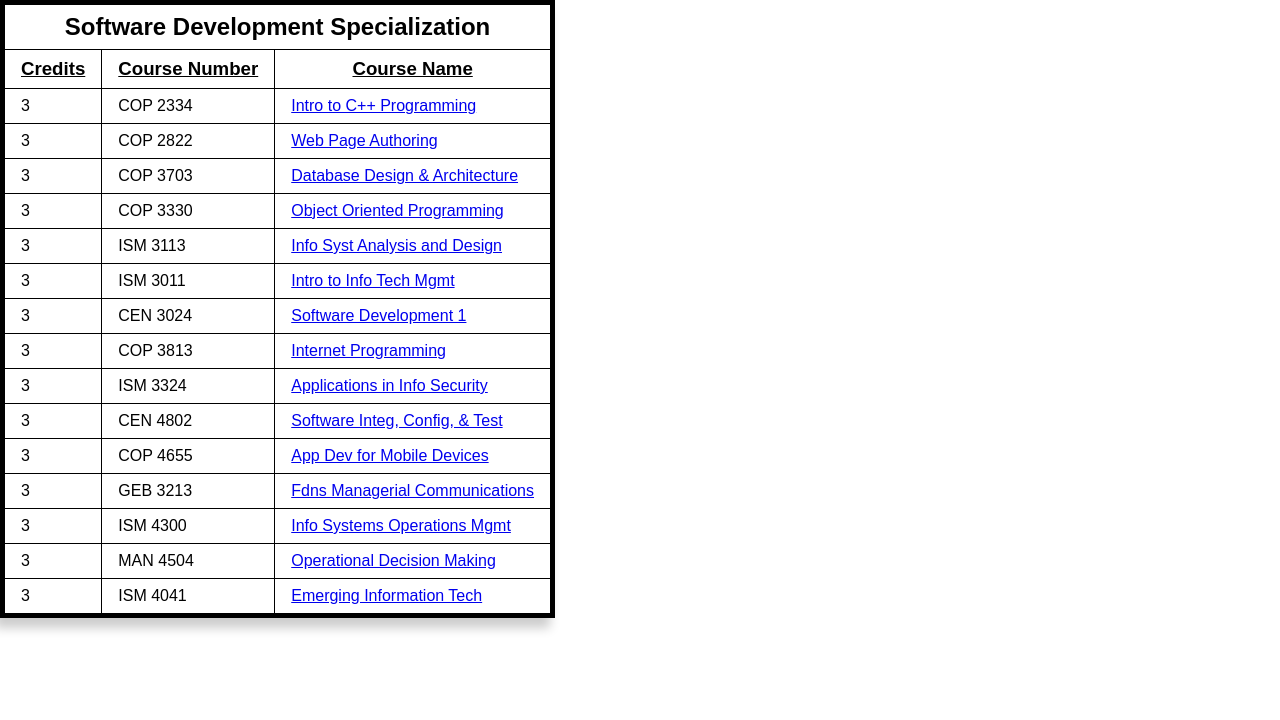
Repository: mlmEFSC21/P5-DegreeTableStyling
Page: FormattedProgramSpecialization2.html
These files come from the project's save history. The page is drawn as it stood at one moment and after the next save; the edit follows.
The browser window is 1280 px wide. The pictures show the whole page.
Some web fonts or font styles are not loaded; a fallback is used.

Above is the page before, as saved 2022-02-07 16:28:16.

### FormattedProgramSpecialization2.html
<!DOCTYPE html>
<html lang="en">
    <head>
        <meta charset="UTF-8" />
        <meta http-equiv="X-UA-Compatible" content="IE=edge" />
        <meta name="viewport" content="width=device-width, initial-scale=1.0" />
        <link rel="preconnect" href="https://fonts.googleapis.com" />
        <link rel="preconnect" href="https://fonts.gstatic.com" crossorigin />
        <link
            href="https://fonts.googleapis.com/css2?family=Spectral:wght@300&display=swap"
            rel="stylesheet"
        />
        <style>
            *,
            *::before,
            *::after {
                margin: 0;
                padding: 0;
                box-sizing: border-box;
            }
            body {
                font-family: Spectral, sans-serif;
                height: 100vh;
            }
            table {
                border-collapse: collapse;
                box-shadow: -5px 10px 10px rgba(0, 0, 0, 0.2);
                border: 5px solid black;
                padding: 0.25rem;
            }
            /* centered text of first to rows (table header) */
            thead {
                text-align: center;
            }
            /* used two classes to change the sizes, decorations, etc. */
            .tableTitle {
                font-size: 18pt;
                font-weight: bold;
                text-align: center;
            }
            .colTitles {
                font-size: 14pt;
                text-decoration: underline;
            }
            th {
                border: 1px solid black;
                padding: 0.5rem 1rem;
            }
            /* added the font size and text alignment for the row data here */
            td {
                border: 1px solid black;
                padding: 0.5rem 1rem;
                font-size: 12pt;
                text-align: left;
            }
        </style>
        <title>Degree Specialization Table</title>
    </head>
    <body>
        <table>
            <thead>
                <tr class="tableTitle">
                    <th colspan="3">Software Development Specialization</th>
                </tr>
                <tr class="colTitles">
                    <th>Credits</th>
                    <th>Course Number</th>
                    <th>Course Name</th>
                </tr>
            </thead>
            <tbody>
                <tr>
                    <td>3</td>
                    <td>COP 2334</td>
                    <td>
                        <a
                            href="https://bannerweb.easternflorida.edu/prod/bwckctlg.p_disp_course_detail?cat_term_in=202210&subj_code_in=COP&crse_numb_in=2334"
                            >Intro to C++ Programming</a
                        >
                    </td>
                </tr>
                <tr>
                    <td>3</td>
                    <td>COP 2822</td>
                    <td>
                        <a
                            href="https://bannerweb.easternflorida.edu/prod/bwckctlg.p_disp_course_detail?cat_term_in=202210&subj_code_in=COP&crse_numb_in=2822"
                            >Web Page Authoring</a
                        >
                    </td>
                </tr>
                <tr>
                    <td>3</td>
                    <td>COP 3703</td>
                    <td>
                        <a
                            href="https://bannerweb.easternflorida.edu/prod/bwckctlg.p_disp_course_detail?cat_term_in=202210&subj_code_in=COP&crse_numb_in=3703"
                            >Database Design & Architecture</a
                        >
                    </td>
                </tr>
                <tr>
                    <td>3</td>
                    <td>COP 3330</td>
                    <td>
                        <a
                            href="https://bannerweb.easternflorida.edu/prod/bwckctlg.p_disp_course_detail?cat_term_in=202210&subj_code_in=COP&crse_numb_in=3330"
                            >Object Oriented Programming</a
                        >
                    </td>
                </tr>
                <tr>
                    <td>3</td>
                    <td>ISM 3113</td>
                    <td>
                        <a
                            href="https://bannerweb.easternflorida.edu/prod/bwckctlg.p_disp_course_detail?cat_term_in=202210&subj_code_in=ISM&crse_numb_in=3113"
                            >Info Syst Analysis and Design</a
                        >
                    </td>
                </tr>
                <tr>
                    <td>3</td>
                    <td>ISM 3011</td>
                    <td>
                        <a
                            href="https://bannerweb.easternflorida.edu/prod/bwckctlg.p_disp_course_detail?cat_term_in=202210&subj_code_in=ISM&crse_numb_in=3011"
                            >Intro to Info Tech Mgmt</a
                        >
                    </td>
                </tr>
                <tr>
                    <td>3</td>
                    <td>CEN 3024</td>
                    <td>
                        <a
                            href="https://bannerweb.easternflorida.edu/prod/bwckctlg.p_disp_course_detail?cat_term_in=202210&subj_code_in=CEN&crse_numb_in=3024"
                            >Software Development 1</a
                        >
                    </td>
                </tr>
                <tr>
                    <td>3</td>
                    <td>COP 3813</td>
                    <td>
                        <a
                            href="https://bannerweb.easternflorida.edu/prod/bwckctlg.p_disp_course_detail?cat_term_in=202210&subj_code_in=COP&crse_numb_in=3813"
                            >Internet Programming</a
                        >
                    </td>
                </tr>
                <tr>
                    <td>3</td>
                    <td>ISM 3324</td>
                    <td>
                        <a
                            href="https://bannerweb.easternflorida.edu/prod/bwckctlg.p_disp_course_detail?cat_term_in=202210&subj_code_in=ISM&crse_numb_in=3324"
                            >Applications in Info Security</a
                        >
                    </td>
                </tr>
                <tr>
                    <td>3</td>
                    <td>CEN 4802</td>
                    <td>
                        <a
                            href="https://bannerweb.easternflorida.edu/prod/bwckctlg.p_disp_course_detail?cat_term_in=202210&subj_code_in=CEN&crse_numb_in=4802"
                            >Software Integ, Config, & Test</a
                        >
                    </td>
                </tr>
                <tr>
                    <td>3</td>
                    <td>COP 4655</td>
                    <td>
                        <a
                            href="https://bannerweb.easternflorida.edu/prod/bwckctlg.p_disp_course_detail?cat_term_in=202210&subj_code_in=COP&crse_numb_in=4655"
                            >App Dev for Mobile Devices</a
                        >
                    </td>
                </tr>
                <tr>
                    <td>3</td>
                    <td>GEB 3213</td>
                    <td>
                        <a
                            href="https://bannerweb.easternflorida.edu/prod/bwckctlg.p_disp_course_detail?cat_term_in=202210&subj_code_in=GEB&crse_numb_in=3213"
                            >Fdns Managerial Communications</a
                        >
                    </td>
                </tr>
                <tr>
                    <td>3</td>
                    <td>ISM 4300</td>
                    <td>
                        <a
                            href="https://bannerweb.easternflorida.edu/prod/bwckctlg.p_disp_course_detail?cat_term_in=202210&subj_code_in=ISM&crse_numb_in=4300"
                            >Info Systems Operations Mgmt</a
                        >
                    </td>
                </tr>
                <tr>
                    <td>3</td>
                    <td>MAN 4504</td>
                    <td>
                        <a
                            href="https://bannerweb.easternflorida.edu/prod/bwckctlg.p_disp_course_detail?cat_term_in=202210&subj_code_in=MAN&crse_numb_in=4504"
                            >Operational Decision Making</a
                        >
                    </td>
                </tr>
                <tr>
                    <td>3</td>
                    <td>ISM 4041</td>
                    <td>
                        <a
                            href="https://bannerweb.easternflorida.edu/prod/bwckctlg.p_disp_course_detail?cat_term_in=202210&subj_code_in=ISM&crse_numb_in=4041"
                            >Emerging Information Tech</a
                        >
                    </td>
                </tr>
            </tbody>
        </table>
    </body>
</html>

After the next save:
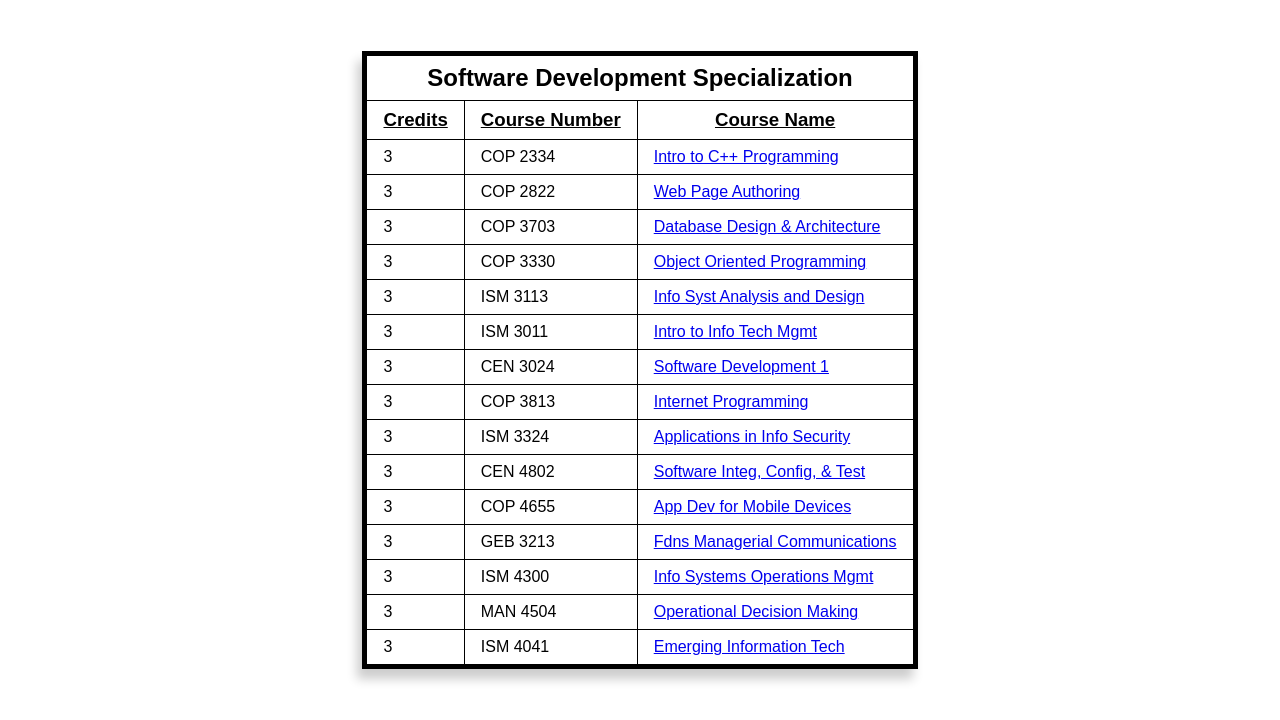
Saved 79 s later.
--- a/FormattedProgramSpecialization2.html
+++ b/FormattedProgramSpecialization2.html
@@ -21,6 +21,9 @@
             body {
                 font-family: Spectral, sans-serif;
                 height: 100vh;
+                display: grid;
+                align-items: center;
+                justify-content: center;
             }
             table {
                 border-collapse: collapse;
